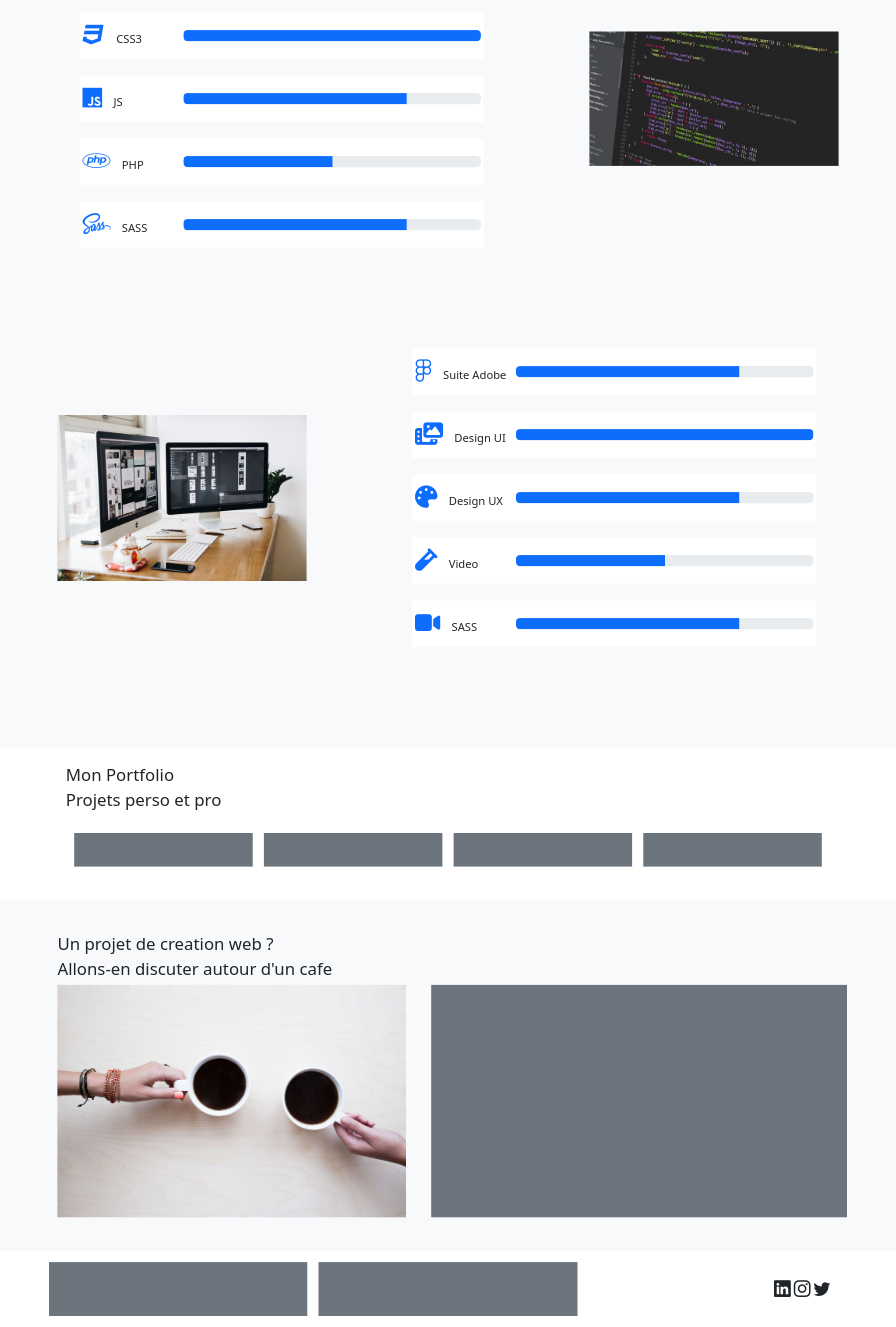
Repository: wadelfadill/Bootstrap_tache_1_portfolio
Page: index.html
An editor plug-in stored every save of this project. The page is shown before and after the next save, followed by the edit.
The browser window is 1280 px wide. The pictures show the part of the page from y = 1020 to 2940 px (the page is 2916 px tall before and 2940 px after), at 70% of full size.
Some web libraries are served in a nearby version.

Above is the page before, as saved 2023-03-28 22:04:28.

### index.html
<!DOCTYPE html>
<html lang="en">
<head>
    <meta charset="UTF-8">
    <meta http-equiv="X-UA-Compatible" content="IE=edge">
    <meta name="viewport" content="width=device-width, initial-scale=1.0">
    <title>Portfolio_Bootstrap</title>
    <link href="https://cdn.jsdelivr.net/npm/bootstrap@5.3.0-alpha2/dist/css/bootstrap.min.css" rel="stylesheet" integrity="sha384-aFq/bzH65dt+w6FI2ooMVUpc+21e0SRygnTpmBvdBgSdnuTN7QbdgL+OapgHtvPp" crossorigin="anonymous">
    <link rel="stylesheet" href="https://cdn.jsdelivr.net/npm/bootstrap-icons@1.5.0/font/bootstrap-icons.css">
    <link rel="stylesheet" href="https://cdnjs.cloudflare.com/ajax/libs/font-awesome/5.15.4/css/all.min.css" integrity="sha512-1ycn6IcaQQ40/MKBW2W4Rhis/DbILU74C1vSrLJxCq57o941Ym01SwNsOMqvEBFlcgUa6xLiPY/NS5R+E6ztJQ==" crossorigin="anonymous" referrerpolicy="no-referrer" />
    <link rel="stylesheet" href="style.css">
    <!-- Font Awesome -->
    <script src="https://kit.fontawesome.com/14273d579a.js" crossorigin="anonymous"></script>
</head>
<body>
    <header>
        <nav class="navbar navbar-expand-md bg-light navbar-light container-fluid fixed-top">
            <div class="container">
                <a href="/index.html" class="nav-brand text-uppercase fw-bolder link-dark link-underline-opacity-0">
                    <span class="bg-primary bg-gradient p-1 rounded-3 text-light">JOHN</span>DOE
                </a>
                <button class="navbar-toggler" type="button" data-bs-toggle="collapse" data-bs-target="#navbarNav" aria-controls="navbarNav" aria-expanded="false" aria-label="Toggle navigation">
                    <span class="navbar-toggler-icon"></span>
                </button>
                <div class="collapse navbar-collapse justify-content-end" id="navbarNav">
                    <ul class="navbar-nav">
                        <li class="nav-item">
                            <a class="nav-link" href="#johndoe">Qui suis-je ?</a>
                        </li>
                        <li class="nav-item">
                            <a class="nav-link" href="#expertise">Expertises</a>
                        </li>
                        <li class="nav-item">
                            <a class="nav-link" href="#portfolio">Portfolio</a>
                        </li>
                        <li class="nav-item">
                            <a class="nav-link" href="#contact">Contact</a>
                        </li>
                    </ul>
                </div>
            </div>
        </nav>
    </header>
    <main>
        <section class="my-5">
            <div class="container">
                <div class="row gy-4 gy-md-0 align-items-center">
                    <div class="col-12 col-md-6 py-5 py-md-0">
                        <p class="h2 fw-bold">Je suis John Doe Developpeur et Designer Web</p>
                        <p class="h2 fw-light">Bienvenue dans mon univers creatif</p>
                        <a class="btn btn-primary mt-5" href="#expertise" role="button">Mon expertise Web</a>

                    </div>
                    <div class="col-12 col-md-6">
                        <img src="img/portrait.jpg" alt="profile de Jhon Doe" class="w-100">
                    </div>
                </div>
            </div>
        </section>
        <section>
            <div class="container-fluid bg-light py-5 mt-5">
                <div class="container">
                 <p class="h4 .fs-3 .fs-md-2" id="expertise">Mon expertise</p>
                 <p class="h4 .fs-3 .fs-md-2">Developement Web et design</p>
                <div class="row gy-4 gy-md-0 align-items-center">
                    <div class="col-12 col-md-7 bg-light p-5 justify-content-between gap-3">
                        <div class="row bg-body py-3 align-items-center gx-2">
                            <div class="col-3">
                                <i class="fab fa-html5 fa-2x me-3 text-primary" aria-hidden="true"></i><span class="pb-5">HTML5</span>
                            </div>
                            <div class="col-9">
                                <div class="progress">
                                    <div class="progress-bar" role="progressbar" style="width: 75%" aria-valuenow="75" aria-valuemin="0" aria-valuemax="100"></div>
                                </div>
                            </div>
                        </div>
                        <div class="row bg-body py-3 align-items-center gx-2 mt-4">
                            <div class="col-3">
                                <i class="fab fa-css3 fa-2x me-3 text-primary" aria-hidden="true"></i><span class="pb-5">CSS3</span>
                            </div>
                            <div class="col-9">
                                <div class="progress">
                                    <div class="progress-bar" role="progressbar" style="width: 100%" aria-valuenow="100" aria-valuemin="0" aria-valuemax="100"></div>
                                </div>
                            </div>
                        </div>
                        <div class="row bg-body py-3 align-items-center gx-2 mt-4">
                            <div class="col-3">
                                <i class="fab fa-js fa-2x me-3 text-primary" aria-hidden="true"></i><span class="pb-5">JS</span>
                            </div>
                            <div class="col-9">
                                <div class="progress">
                                    <div class="progress-bar" role="progressbar" style="width: 75%" aria-valuenow="75" aria-valuemin="0" aria-valuemax="100"></div>
                                </div>
                            </div>
                        </div>
                        <div class="row bg-body py-3 align-items-center gx-2 my-4">
                            <div class="col-3">
                                <i class="fab fa-php fa-2x me-3 text-primary" aria-hidden="true"></i><span class="pb-5">PHP</span>
                            </div>
                            <div class="col-9">
                                <div class="progress">
                                    <div class="progress-bar" role="progressbar" style="width: 50%" aria-valuenow="50" aria-valuemin="0" aria-valuemax="100"></div>
                                </div>
                            </div>
                        </div>
                        <div class="row bg-body py-3 align-items-center gx-2">
                            <div class="col-3">
                                <i class="fab fa-sass fa-2x me-3 text-primary" aria-hidden="true"></i><span class="pb-5">SASS</span>
                            </div>
                            <div class="col-9">
                                <div class="progress">
                                    <div class="progress-bar" role="progressbar" style="width: 75%" aria-valuenow="75" aria-valuemin="0" aria-valuemax="100"></div>
                                </div>
                            </div>
                        </div>
                    </div>
                    <div class="col-12 col-md-4 offset-md-1">
                        <img src="img/code.jpg" alt="" class="w-100">
                    </div>
                </div>
                <div class="row my-5 gy-4 gy-md-0 align-items-center">
                    <div class="col-12 col-md-4">
                        <img src="img/design.jpg" alt="" class="w-100">
                    </div>
                    <div class="col-12 col-md-7 bg-light offset-md-1 p-5">

                        <div class="row bg-body py-3 align-items-center gx-2">
                            <div class="col-3">
                                <i class="fab fa-figma fa-2x me-3 text-primary" aria-hidden="true"></i><span class="pb-5">Suite Adobe</span>
                            </div>
                            <div class="col-9">
                                <div class="progress">
                                    <div class="progress-bar" role="progressbar" style="width: 75%" aria-valuenow="75" aria-valuemin="0" aria-valuemax="100"></div>
                                </div>
                            </div>
                        </div>
                        <div class="row bg-body py-3 align-items-center gx-2 mt-4">
                            <div class="col-3">
                                <i class="fas fa-photo-video fa-2x me-3 text-primary" aria-hidden="true"></i><span class="pb-5">Design UI</span>
                            </div>
                            <div class="col-9">
                                <div class="progress">
                                    <div class="progress-bar" role="progressbar" style="width: 100%" aria-valuenow="100" aria-valuemin="0" aria-valuemax="100"></div>
                                </div>
                            </div>
                        </div>
                        <div class="row bg-body py-3 align-items-center gx-2 mt-4">
                            <div class="col-3">
                                <i class="fas fa-palette fa-2x me-3 text-primary" aria-hidden="true"></i><span class="pb-5">Design UX</span>
                            </div>
                            <div class="col-9">
                                <div class="progress">
                                    <div class="progress-bar" role="progressbar" style="width: 75%" aria-valuenow="75" aria-valuemin="0" aria-valuemax="100"></div>
                                </div>
                            </div>
                        </div>
                        <div class="row bg-body py-3 align-items-center gx-2 my-4">
                            <div class="col-3">
                                <i class="fas fa-vial fa-2x me-3 text-primary" aria-hidden="true"></i><span class="pb-5">Video</span>
                            </div>
                            <div class="col-9">
                                <div class="progress">
                                    <div class="progress-bar" role="progressbar" style="width: 50%" aria-valuenow="50" aria-valuemin="0" aria-valuemax="100"></div>
                                </div>
                            </div>
                        </div>
                        <div class="row bg-body py-3 align-items-center gx-2">
                            <div class="col-3">
                                <i class="fas fa-video fa-2x me-3 text-primary" aria-hidden="true"></i><span class="pb-5">SASS</span>
                            </div>
                            <div class="col-9">
                                <div class="progress">
                                    <div class="progress-bar" role="progressbar" style="width: 75%" aria-valuenow="75" aria-valuemin="0" aria-valuemax="100"></div>
                                </div>
                            </div>
                        </div>
                    </div>
                </div>
             </div>
            </div>

        </section>
        <section class="container">
            <div class="container my-4">
                <p class="h4 .fs-3 .fs-md-2" id="portfolio">Mon Portfolio</p>
                <p class="h4 .fs-3 .fs-md-2">Projets perso et pro</p>
                <div class="row gap-3 p-4">
                    <div class="col-12 col-md bg-secondary py-4"></div>
                    <div class="col-12 col-md bg-secondary py-4"></div>
                    <div class="col-12 col-md bg-secondary py-4"></div>
                    <div class="col-12 col-md bg-secondary py-4"></div>
                </div>
            </div>
        </section>
        <section class="p-5 bg-light">
            <div class="container">
                <p class="h4 .fs-3 .fs-md-2" id="contact">Un projet de creation web ?</p>
                <p class="h4 .fs-3 .fs-md-2">Allons-en discuter autour d'un cafe</p>
                <div class="row gap-4 gy-4 gy-md-0">
                    <div class="col-12 col-md">
                        <img src="img/grab-a-coffee.jpg" class="w-100" alt="">
                    </div>
                    <div class="col-12 col-md bg-secondary p-5"></div>
                </div>
            </div>
        </section>
    </main>
    <footer>
        <div class="container">
            <div class="row gap-3 py-3">
                <div class="col-12 col-md p-4 bg-secondary"></div>
                <div class="col-12 col-md p-4 bg-secondary"></div>
                <div class="col-12 col-md p-4 text-md-end">
                    <a href="#" target="_blank" class="link-dark link-underline-opacity-0">
                        <i class="bi bi-linkedin h4"></i>
                    </a>
                    <a href="#" target="_blank" class="link-dark link-underline-opacity-0">
                        <i class="bi bi-instagram h4"></i>
                    </a>
                    <a href="#" target="_blank" class="link-dark link-underline-opacity-0">
                        <i class="bi bi-twitter h4"></i>
                    </a>
                </div>
            </div>
        </div>
    </footer>
    <script src="https://cdn.jsdelivr.net/npm/bootstrap@5.3.0-alpha2/dist/js/bootstrap.bundle.min.js" integrity="sha384-qKXV1j0HvMUeCBQ+QVp7JcfGl760yU08IQ+GpUo5hlbpg51QRiuqHAJz8+BrxE/N" crossorigin="anonymous"></script>

</body>
</html>

Loaded but not shown: style.css (no stored copy; drawn as an empty file)

After the next save:
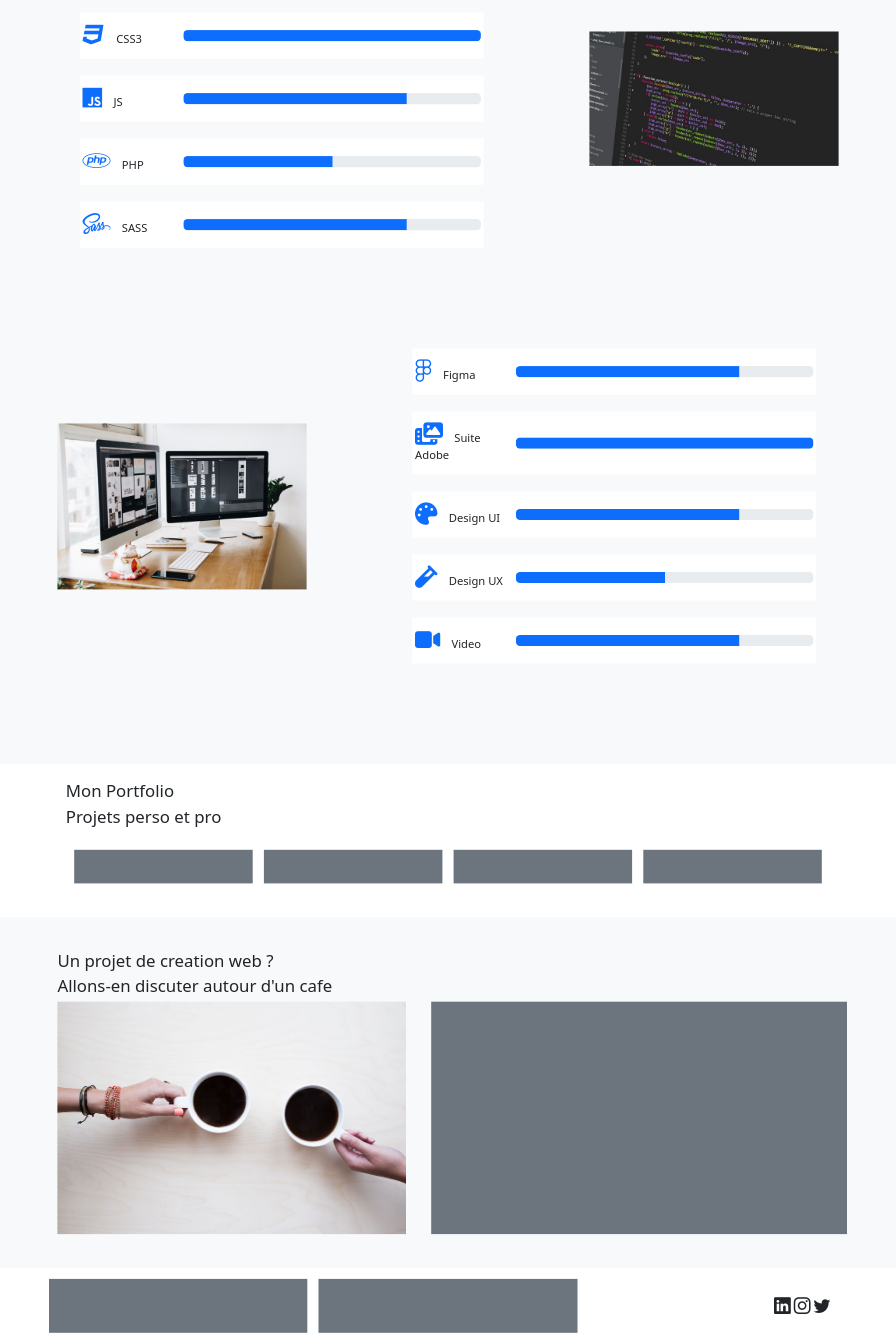
Saved 89 s later.
--- a/index.html
+++ b/index.html
@@ -127,17 +127,17 @@
 
                         <div class="row bg-body py-3 align-items-center gx-2">
                             <div class="col-3">
-                                <i class="fab fa-figma fa-2x me-3 text-primary" aria-hidden="true"></i><span class="pb-5">Suite Adobe</span>
-                            </div>
-                            <div class="col-9">
-                                <div class="progress">
-                                    <div class="progress-bar" role="progressbar" style="width: 75%" aria-valuenow="75" aria-valuemin="0" aria-valuemax="100"></div>
-                                </div>
-                            </div>
-                        </div>
-                        <div class="row bg-body py-3 align-items-center gx-2 mt-4">
-                            <div class="col-3">
-                                <i class="fas fa-photo-video fa-2x me-3 text-primary" aria-hidden="true"></i><span class="pb-5">Design UI</span>
+                                <i class="fab fa-figma fa-2x me-3 text-primary" aria-hidden="true"></i><span class="pb-5">Figma</span>
+                            </div>
+                            <div class="col-9">
+                                <div class="progress">
+                                    <div class="progress-bar" role="progressbar" style="width: 75%" aria-valuenow="75" aria-valuemin="0" aria-valuemax="100"></div>
+                                </div>
+                            </div>
+                        </div>
+                        <div class="row bg-body py-3 align-items-center gx-2 mt-4">
+                            <div class="col-3">
+                                <i class="fas fa-photo-video fa-2x me-3 text-primary" aria-hidden="true"></i><span class="pb-5">Suite Adobe</span>
                             </div>
                             <div class="col-9">
                                 <div class="progress">
@@ -147,7 +147,7 @@
                         </div>
                         <div class="row bg-body py-3 align-items-center gx-2 mt-4">
                             <div class="col-3">
-                                <i class="fas fa-palette fa-2x me-3 text-primary" aria-hidden="true"></i><span class="pb-5">Design UX</span>
+                                <i class="fas fa-palette fa-2x me-3 text-primary" aria-hidden="true"></i><span class="pb-5">Design UI</span>
                             </div>
                             <div class="col-9">
                                 <div class="progress">
@@ -157,7 +157,7 @@
                         </div>
                         <div class="row bg-body py-3 align-items-center gx-2 my-4">
                             <div class="col-3">
-                                <i class="fas fa-vial fa-2x me-3 text-primary" aria-hidden="true"></i><span class="pb-5">Video</span>
+                                <i class="fas fa-vial fa-2x me-3 text-primary" aria-hidden="true"></i><span class="pb-5">Design UX</span>
                             </div>
                             <div class="col-9">
                                 <div class="progress">
@@ -167,7 +167,7 @@
                         </div>
                         <div class="row bg-body py-3 align-items-center gx-2">
                             <div class="col-3">
-                                <i class="fas fa-video fa-2x me-3 text-primary" aria-hidden="true"></i><span class="pb-5">SASS</span>
+                                <i class="fas fa-video fa-2x me-3 text-primary" aria-hidden="true"></i><span class="pb-5">Video</span>
                             </div>
                             <div class="col-9">
                                 <div class="progress">
